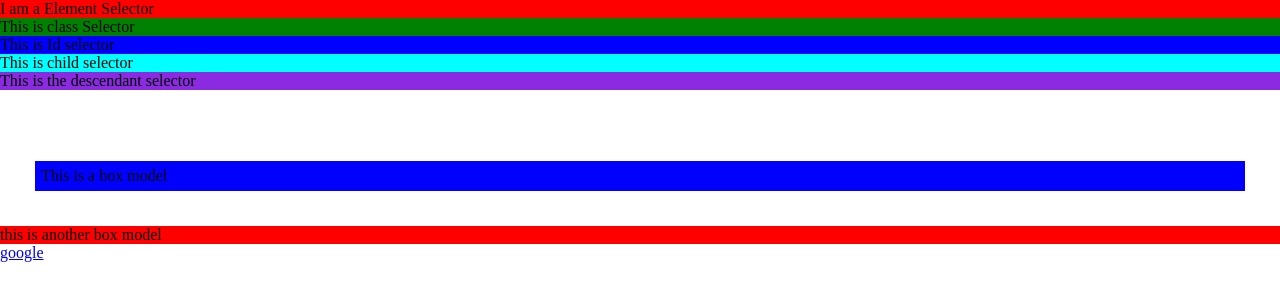
Repository: diensy/Web_dev
Page: first.css/selector.html
These files come from the project's save history. The page is drawn as it stood at one moment and after a run of saves; the edit follows.
The browser window is 1280 px wide. The pictures show the whole page.

Above is the page before, as saved 2024-05-22 20:35:26.

### first.css/selector.html
<!DOCTYPE html>
<html lang="en">
  <head>
    <meta charset="UTF-8" />
    <meta name="viewport" content="width=device-width, initial-scale=1.0" />
    <title>CSS Selector</title>
    <style>
      /* Element Selctor */
      div {
        background-color: red;
      }
      /* CLass Selector */
      .div {
        background-color: green;
      }
      /* Id selector */
      #blue {
        background-color: blue;
      }
      /* Child selector */
      span > p {
        background-color: aqua;
      }
      /* Descendant selector */
      div p {
        background-color: blueviolet;
      }
      /* universal selector */
      * {
        margin: 0;
        padding: 0;
      }
      /* pseudo Selector */
      a:visited {
        color: black;
      }
      a:active {
        background-color: red;
      }
      a:hover {
        background-color: aquamarine;
      }
      .box1 {
        background-color: blue;
        margin: 35px;
        padding: 6px;
        border: 1;
      }
    </style>
  </head>
  <body>
    <div>I am a Element Selector</div>
    <div class="div">This is class Selector</div>
    <div id="blue">This is Id selector</div>
    <span><p>This is child selector</p></span>
    <div>
      <article>
        <p>This is the descendant selector</p>
      </article>
    </div>
    <br>
    <br>
    <div class="box1">This is a box model</div>
    <div class="box2">this is another box model</div>
    <a href="https://www.google.com">google</a>
  </body>
</html>

After the next 2 saves:
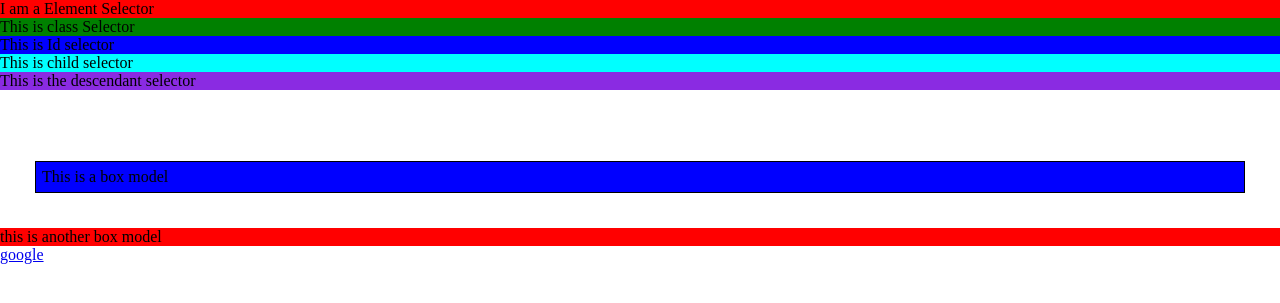
The 2 saves are shown as one change because they came seconds apart.
The last was saved 8 s later.
--- a/first.css/selector.html
+++ b/first.css/selector.html
@@ -44,7 +44,8 @@
         background-color: blue;
         margin: 35px;
         padding: 6px;
-        border: 1;
+        border: 1px solid black;
+
       }
     </style>
   </head>
